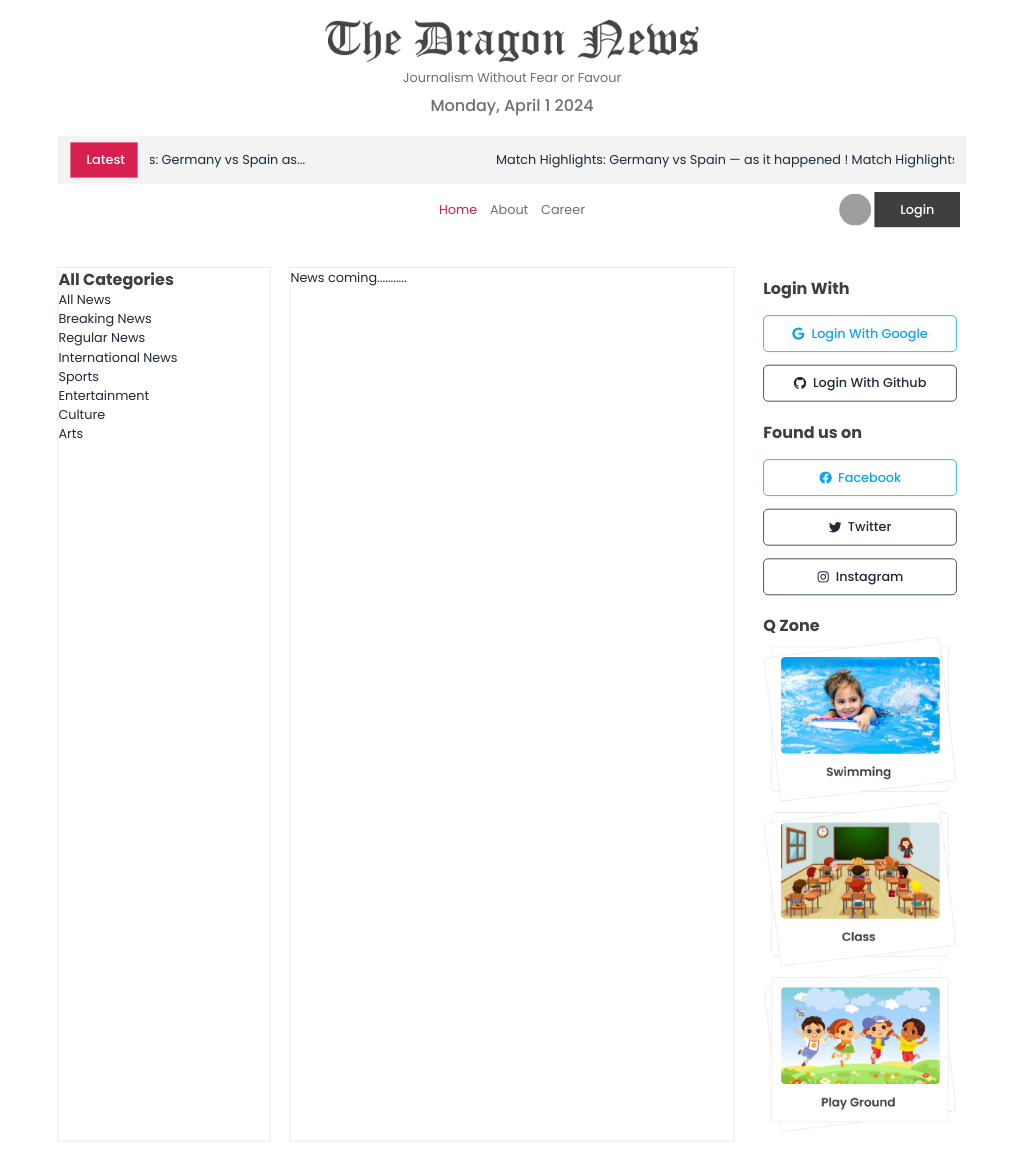
Repository: ShouravAhammed/react-dragon-news-auth
Page: /
These files come from the project's save history. The page is drawn as it stood at one moment and after the next save; the edit follows.
The browser window is 1280 px wide. The pictures show the whole page, at 80% of full size.
Pictures or frames that could not be fetched are drawn as grey boxes. The project was rebuilt for these pictures with package versions that can differ from the ones it lists, and the page was loaded fresh each time. Also part of the build but not shown: vite.config.js, src/pages/About/About.jsx, src/pages/Career/Career.jsx.

Above is the page before, as saved 2024-04-14 02:09:05.

After the next save:
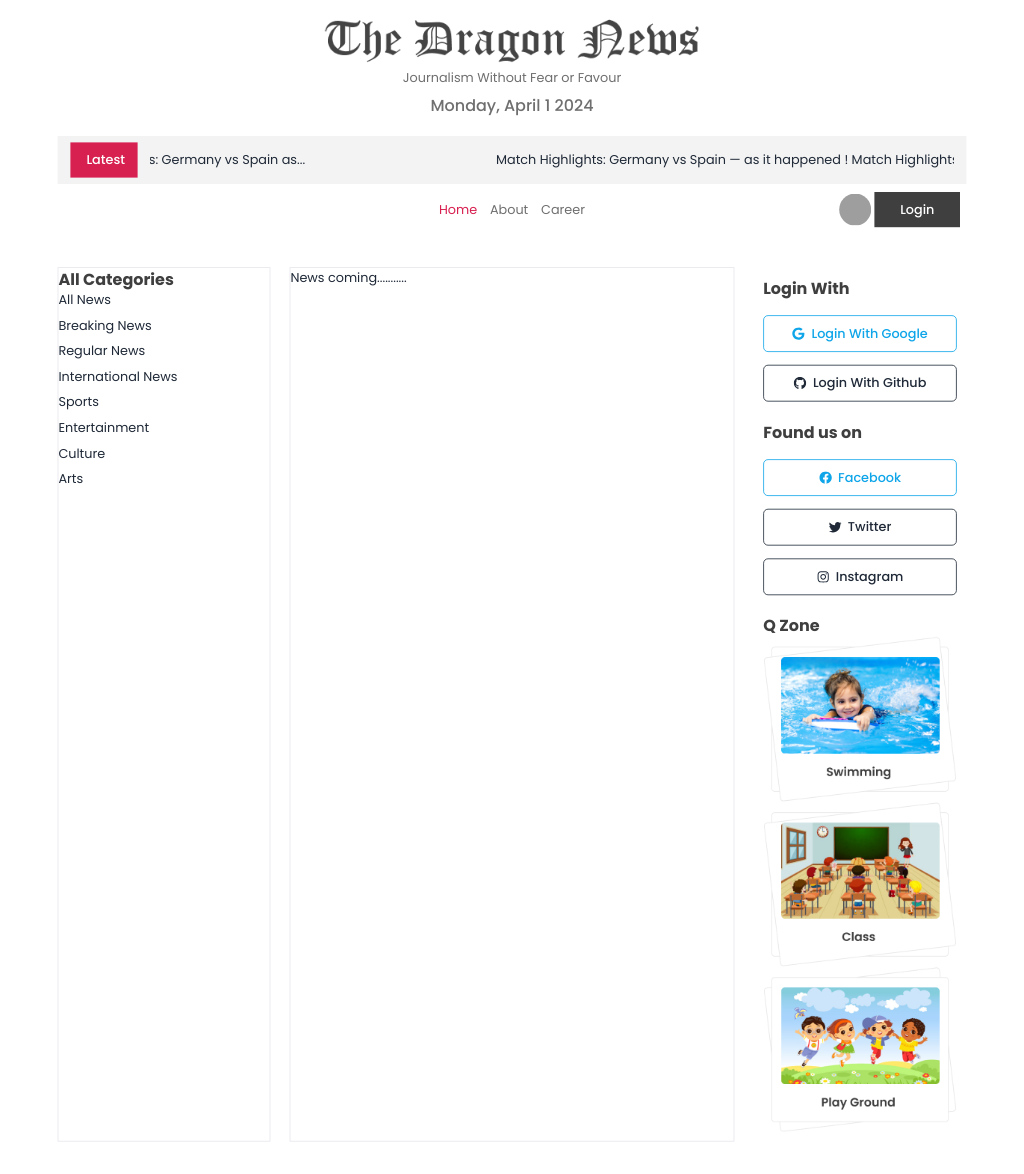
Saved 19 s later.
--- a/src/pages/Shared/LeftSideNav/LeftSideNav.jsx
+++ b/src/pages/Shared/LeftSideNav/LeftSideNav.jsx
@@ -16,7 +16,7 @@ const LeftSideNav = () => {
            <div>
            <h3 className="text-xl font-bold text-[#403F3F]">All Categories</h3>
            {
-            categories.map(categoryItem => <Link key={categoryItem.id} to={`/category/${categoryItem.id}`} className="block">{categoryItem.name}</Link>)
+            categories.map(categoryItem => <Link key={categoryItem.id} to={`/category/${categoryItem.id}`} className="block mb-2">{categoryItem.name}</Link>)
            }
            </div>
 
